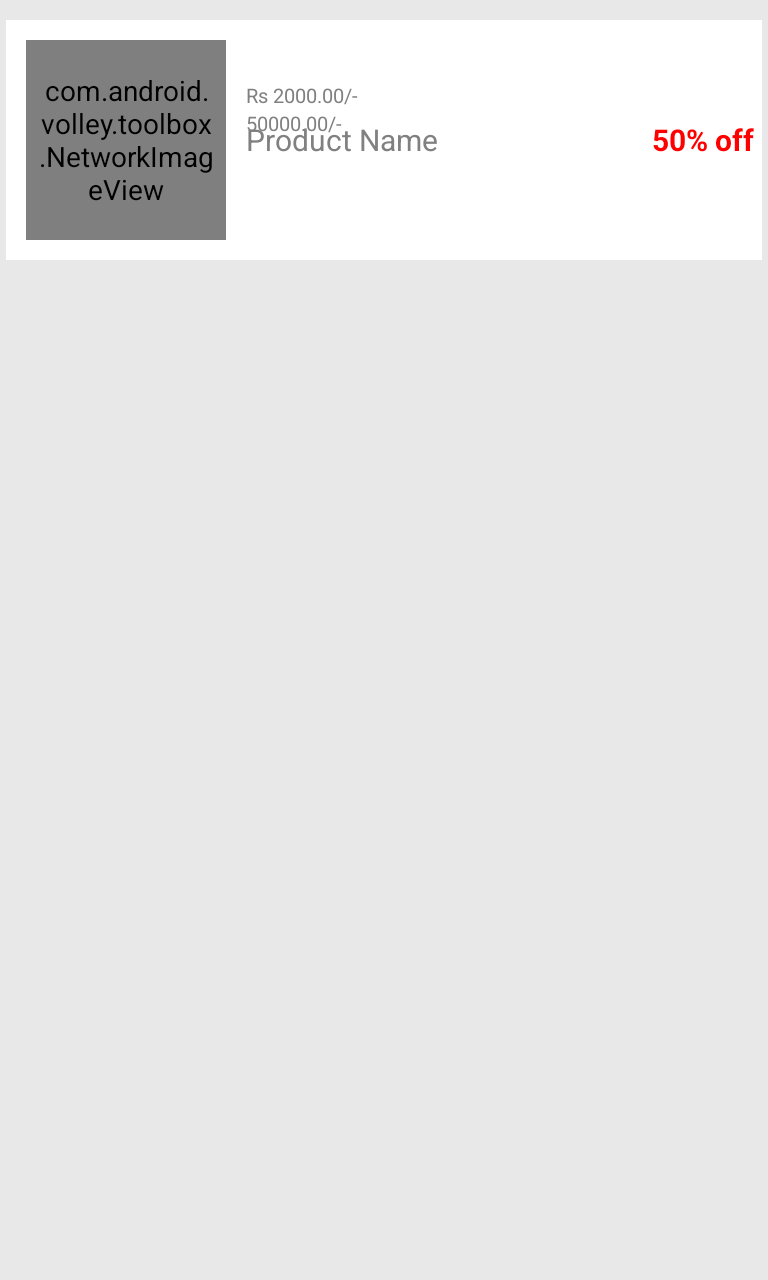
Repository: thisisdemo333/BigDiscount
Layout: BigDiscounts/res/layout/view_lv_search_list.xml
The author's editor kept a copy of each file at every save. The layout is drawn from the files as they stood at one save, then again after the next save.
Pictures or frames that could not be fetched are drawn as grey boxes. It is drawn on a 768 x 1280 px phone screen (xhdpi) without system bars, with theme AppTheme; the app's code is not run.

Above is the layout before, as saved 2015-05-10 16:19:42.

### BigDiscounts/res/layout/view_lv_search_list.xml
<?xml version="1.0" encoding="utf-8"?>
<LinearLayout xmlns:android="http://schemas.android.com/apk/res/android"
    android:layout_width="match_parent"
    android:layout_height="wrap_content"
    android:background="@color/gray_light"
    android:orientation="vertical" >

    <RelativeLayout
        android:id="@+id/relativeLayout"
        android:layout_width="match_parent"
        android:layout_height="wrap_content"
        android:layout_marginBottom="@dimen/margin_3dp"
        android:layout_marginLeft="@dimen/margin_3dp"
        android:layout_marginRight="@dimen/margin_3dp"
        android:layout_marginTop="@dimen/margin_10dp"
        android:background="@color/white" >

        <RelativeLayout
            android:id="@+id/image_loader"
            android:layout_width="wrap_content"
            android:layout_height="wrap_content" >

            <ProgressBar
                android:layout_width="wrap_content"
                android:layout_height="wrap_content"
                android:layout_centerInParent="true" />

            <com.android.volley.toolbox.NetworkImageView
                android:id="@+id/iv_product_image"
                android:layout_width="@dimen/dimen_search_item_image"
                android:layout_height="@dimen/dimen_search_item_image"
                android:layout_margin="@dimen/margin_10dp"
                android:layout_marginLeft="@dimen/margin_10dp"
                android:focusable="false"
                android:focusableInTouchMode="false"
                android:padding="@dimen/margin_5dp"
                android:scaleType="fitXY" />
        </RelativeLayout>

        <TextView
            android:id="@+id/tv_product_name"
            android:layout_width="wrap_content"
            android:layout_height="wrap_content"
            android:layout_centerVertical="true"
            android:layout_marginTop="@dimen/margin_10dp"
            android:layout_toRightOf="@+id/image_loader"
            android:text="Product Name"
            android:textColor="@color/gray"
            android:textSize="@dimen/medium_text_size" />

        <TextView
            android:id="@+id/tv_product_selling_prise"
            android:layout_width="wrap_content"
            android:layout_height="wrap_content"
            android:layout_below="@+id/tv_product_name"
            android:layout_toRightOf="@+id/image_loader"
            android:text="Rs 2000.00/-"
            android:textColor="@color/gray"
            android:textSize="@dimen/small_text_size" />

        <TextView
            android:id="@+id/tv_product_mrp"
            android:layout_width="wrap_content"
            android:layout_height="wrap_content"
            android:layout_below="@+id/tv_product_selling_prise"
            android:layout_toRightOf="@+id/image_loader"
            android:text="50000.00/-"
            android:textColor="@color/gray"
            android:textSize="@dimen/small_text_size" />

        <TextView
            android:id="@+id/tv_product_offer"
            android:layout_width="wrap_content"
            android:layout_height="wrap_content"
            android:layout_alignParentRight="true"
            android:layout_below="@+id/tv_product_name"
            android:layout_marginRight="@dimen/margin_2dp"
            android:layout_centerVertical="true"
            android:padding="@dimen/padding_2dp"
            android:text="50% off"
            android:textColor="@color/red"
            android:textSize="@dimen/medium_text_size"
            android:textStyle="bold" />
    </RelativeLayout>

</LinearLayout>

### BigDiscounts/res/values/styles.xml
<resources xmlns:android="http://schemas.android.com/apk/res/android">

    <!--
        Base application theme, dependent on API level. This theme is replaced
        by AppBaseTheme from res/values-vXX/styles.xml on newer devices.


    -->
    <style name="AppBaseTheme" parent="android:Theme.Light">
        <!--
            Theme customizations available in newer API levels can go in
            res/values-vXX/styles.xml, while customizations related to
            backward-compatibility can go here.


        -->
    </style>

    <!-- Application theme. -->
    <style name="AppTheme" parent="AppBaseTheme">

        <!-- All customizations that are NOT specific to a particular API-level can go here. -->
        <item name="android:actionBarStyle">@style/MyActionBar</item>
    </style>

    <!-- Action bar theme. -->
    <style name="MyActionBar" parent="@android:style/Widget.Holo.Light.ActionBar">
        <item name="android:background">@color/RoyalBlue</item>
        <item name="android:titleTextStyle">@style/AppTitle</item>
    </style>

    <!-- App title theme -->
    <style name="AppTitle" parent="@android:style/TextAppearance.Holo.Widget.ActionBar.Title">
        <item name="android:textColor">@color/white</item>
    </style>

</resources>

### BigDiscounts/res/values/colors.xml
<?xml version="1.0" encoding="utf-8"?>
<resources>

    <color name="background">#135493</color>
    <color name="login_color">#d34836</color>
    <color name="actionBar">#2F8DE4</color>
    <color name="white_smoke">#F7F7F7</color>
    <color name="white">#ffffff</color>
    <color name="black">#000000</color>
    <color name="transparent">#00000000</color>
    <color name="main_color_green">#00b863</color>
    <color name="main_color_gray_dk">#3b3b3b</color>
    <color name="main_color_gray_lt">#acacac</color>
    <color name="main_color_gray">#7d7d7d</color>
    <color name="gray_light">#e8e8e8</color>
    <color name="yellow">#FFFF00</color>
    <color name="fuchsia">#FF00FF</color>
    <color name="red">#FF0000</color>
    <color name="silver">#C0C0C0</color>
    <color name="gray">#808080</color>
    <color name="olive">#808000</color>
    <color name="purple">#800080</color>
    <color name="maroon">#800000</color>
    <color name="aqua">#00FFFF</color>
    <color name="lime">#00FF00</color>
    <color name="teal">#008080</color>
    <color name="green">#008000</color>
    <color name="blue">#0000FF</color>
    <color name="navy">#000080</color>
    <color name="White">#FFFFFF</color>
    <color name="Ivory">#FFFFF0</color>
    <color name="LightYellow">#FFFFE0</color>
    <color name="Yellow">#FFFF00</color>
    <color name="Snow">#FFFAFA</color>
    <color name="FloralWhite">#FFFAF0</color>
    <color name="LemonChiffon">#FFFACD</color>
    <color name="Cornsilk">#FFF8DC</color>
    <color name="Seashell">#FFF5EE</color>
    <color name="LavenderBlush">#FFF0F5</color>
    <color name="PapayaWhip">#FFEFD5</color>
    <color name="BlanchedAlmond">#FFEBCD</color>
    <color name="MistyRose">#FFE4E1</color>
    <color name="Bisque">#FFE4C4</color>
    <color name="Moccasin">#FFE4B5</color>
    <color name="NavajoWhite">#FFDEAD</color>
    <color name="PeachPuff">#FFDAB9</color>
    <color name="Gold">#FFD700</color>
    <color name="Pink">#FFC0CB</color>
    <color name="LightPink">#FFB6C1</color>
    <color name="Orange">#FFA500</color>
    <color name="LightSalmon">#FFA07A</color>
    <color name="DarkOrange">#FF8C00</color>
    <color name="Coral">#FF7F50</color>
    <color name="HotPink">#FF69B4</color>
    <color name="Tomato">#FF6347</color>
    <color name="OrangeRed">#FF4500</color>
    <color name="DeepPink">#FF1493</color>
    <color name="Fuchsia">#FF00FF</color>
    <color name="Magenta">#FF00FF</color>
    <color name="Red">#FF0000</color>
    <color name="OldLace">#FDF5E6</color>
    <color name="LightGoldenrodYellow">#FAFAD2</color>
    <color name="Linen">#FAF0E6</color>
    <color name="AntiqueWhite">#FAEBD7</color>
    <color name="Salmon">#FA8072</color>
    <color name="GhostWhite">#F8F8FF</color>
    <color name="MintCream">#F5FFFA</color>
    <color name="WhiteSmoke">#F5F5F5</color>
    <color name="Beige">#F5F5DC</color>
    <color name="Wheat">#F5DEB3</color>
    <color name="SandyBrown">#F4A460</color>
    <color name="Azure">#F0FFFF</color>
    <color name="Honeydew">#F0FFF0</color>
    <color name="AliceBlue">#F0F8FF</color>
    <color name="Khaki">#F0E68C</color>
    <color name="LightCoral">#F08080</color>
    <color name="PaleGoldenrod">#EEE8AA</color>
    <color name="Violet">#EE82EE</color>
    <color name="DarkSalmon">#E9967A</color>
    <color name="Lavender">#E6E6FA</color>
    <color name="LightCyan">#E0FFFF</color>
    <color name="BurlyWood">#DEB887</color>
    <color name="Plum">#DDA0DD</color>
    <color name="Gainsboro">#DCDCDC</color>
    <color name="Crimson">#DC143C</color>
    <color name="PaleVioletRed">#DB7093</color>
    <color name="Goldenrod">#DAA520</color>
    <color name="Orchid">#DA70D6</color>
    <color name="Thistle">#D8BFD8</color>
    <color name="LightGrey">#D3D3D3</color>
    <color name="Tan">#D2B48C</color>
    <color name="Chocolate">#D2691E</color>
    <color name="Peru">#CD853F</color>
    <color name="IndianRed">#CD5C5C</color>
    <color name="MediumVioletRed">#C71585</color>
    <color name="Silver">#C0C0C0</color>
    <color name="DarkKhaki">#BDB76B</color>
    <color name="RosyBrown">#BC8F8F</color>
    <color name="MediumOrchid">#BA55D3</color>
    <color name="DarkGoldenrod">#B8860B</color>
    <color name="FireBrick">#B22222</color>
    <color name="PowderBlue">#B0E0E6</color>
    <color name="LightSteelBlue">#B0C4DE</color>
    <color name="PaleTurquoise">#AFEEEE</color>
    <color name="GreenYellow">#ADFF2F</color>
    <color name="LightBlue">#ADD8E6</color>
    <color name="DarkGray">#A9A9A9</color>
    <color name="Brown">#A52A2A</color>
    <color name="Sienna">#A0522D</color>
    <color name="YellowGreen">#9ACD32</color>
    <color name="DarkOrchid">#9932CC</color>
    <color name="PaleGreen">#98FB98</color>
    <color name="DarkViolet">#9400D3</color>
    <color name="MediumPurple">#9370DB</color>
    <color name="LightGreen">#90EE90</color>
    <color name="DarkSeaGreen">#8FBC8F</color>
    <color name="SaddleBrown">#8B4513</color>
    <color name="DarkMagenta">#8B008B</color>
    <color name="DarkRed">#8B0000</color>
    <color name="BlueViolet">#8A2BE2</color>
    <color name="LightSkyBlue">#87CEFA</color>
    <color name="SkyBlue">#87CEEB</color>
    <color name="Gray">#808080</color>
    <color name="Olive">#808000</color>
    <color name="Purple">#800080</color>
    <color name="Maroon">#800000</color>
    <color name="Aquamarine">#7FFFD4</color>
    <color name="Chartreuse">#7FFF00</color>
    <color name="LawnGreen">#7CFC00</color>
    <color name="MediumSlateBlue">#7B68EE</color>
    <color name="LightSlateGray">#778899</color>
    <color name="SlateGray">#708090</color>
    <color name="OliveDrab">#6B8E23</color>
    <color name="SlateBlue">#6A5ACD</color>
    <color name="DimGray">#696969</color>
    <color name="MediumAquamarine">#66CDAA</color>
    <color name="CornflowerBlue">#6495ED</color>
    <color name="CadetBlue">#5F9EA0</color>
    <color name="DarkOliveGreen">#556B2F</color>
    <color name="Indigo">#4B0082</color>
    <color name="MediumTurquoise">#48D1CC</color>
    <color name="DarkSlateBlue">#483D8B</color>
    <color name="SteelBlue">#4682B4</color>
    <color name="RoyalBlue">#4169E1</color>
    <color name="Turquoise">#40E0D0</color>
    <color name="MediumSeaGreen">#3CB371</color>
    <color name="LimeGreen">#32CD32</color>
    <color name="DarkSlateGray">#2F4F4F</color>
    <color name="SeaGreen">#2E8B57</color>
    <color name="ForestGreen">#228B22</color>
    <color name="LightSeaGreen">#20B2AA</color>
    <color name="DodgerBlue">#1E90FF</color>
    <color name="MidnightBlue">#191970</color>
    <color name="Aqua">#00FFFF</color>
    <color name="Cyan">#00FFFF</color>
    <color name="SpringGreen">#00FF7F</color>
    <color name="Lime">#00FF00</color>
    <color name="MediumSpringGreen">#00FA9A</color>
    <color name="DarkTurquoise">#00CED1</color>
    <color name="DeepSkyBlue">#00BFFF</color>
    <color name="DarkCyan">#008B8B</color>
    <color name="Teal">#008080</color>
    <color name="Green">#008000</color>
    <color name="DarkGreen">#006400</color>
    <color name="Blue">#0000FF</color>
    <color name="MediumBlue">#0000CD</color>
    <color name="DarkBlue">#00008B</color>
    <color name="Navy">#000080</color>
    <color name="Black">#000000</color>
    <color name="carrier_launcher_theme">#AE0000</color>
    <color name="career_header">#AE0000</color>
    <color name="career_background">#373737</color>
    <color name="cancel">#8A8D8B</color>
    <color name="listview_1">#70000000</color>
    <color name="theme">#C91870</color>
    <color name="application_bg">#E9E9E9</color>
    <color name="blue_light">#4074b3</color>
    <color name="gray_dark">#4b4b4b</color>
    <color name="gray_faint">#F7F7F7</color>
    <color name="blue_sky">#01AADE</color>
    <color name="blue_royal">#526DAE</color>
    <color name="Transperent_60black">#99000000</color>

</resources>

### BigDiscounts/res/values-hdpi/dimens.xml
<?xml version="1.0" encoding="utf-8"?>
<resources>

    <!-- Text Size -->
    <dimen name="very_small_text_size">8sp</dimen>
    <dimen name="sub_small_text_size">9sp</dimen>
    <dimen name="small_text_size">10sp</dimen>
    <dimen name="medium_text_size">15sp</dimen>
    <dimen name="large_text_size">25sp</dimen>
    <dimen name="very_large_text_size">35sp</dimen>

    <!-- padding -->
    <dimen name="padding_1dp">1dp</dimen>
    <dimen name="padding_2dp">2dp</dimen>
    <dimen name="padding_3dp">3dp</dimen>
    <dimen name="padding_4dp">4dp</dimen>
    <dimen name="padding_5dp">5dp</dimen>
    <dimen name="padding_6dp">6dp</dimen>
    <dimen name="padding_7dp">7dp</dimen>
    <dimen name="padding_8dp">8dp</dimen>
    <dimen name="padding_9dp">9dp</dimen>
    <dimen name="padding_10dp">10dp</dimen>
    <dimen name="padding_15dp">15dp</dimen>
    <dimen name="padding_20dp">20dp</dimen>
    <dimen name="padding_25dp">25dp</dimen>
    <dimen name="padding_30dp">30dp</dimen>
    <dimen name="padding_40dp">40dp</dimen>

    <!-- Margin -->
    <dimen name="margin_1dp">1dp</dimen>
    <dimen name="margin_2dp">2dp</dimen>
    <dimen name="margin_3dp">3dp</dimen>
    <dimen name="margin_4dp">4dp</dimen>
    <dimen name="margin_5dp">5dp</dimen>
    <dimen name="margin_6dp">6dp</dimen>
    <dimen name="margin_7dp">7dp</dimen>
    <dimen name="margin_8dp">8dp</dimen>
    <dimen name="margin_9dp">9dp</dimen>
    <dimen name="margin_10dp">10dp</dimen>
    <dimen name="margin_15dp">15dp</dimen>
    <dimen name="margin_20dp">20dp</dimen>
    <dimen name="margin_25dp">25dp</dimen>
    <dimen name="margin_30dp">30dp</dimen>

    <!-- Imageview Category Dimen -->
    <dimen name="imv_category_dimen">40dp</dimen>

    <!-- Category Fragment dimen -->
    <dimen name="dimen_hotdeals_listview">165dp</dimen>
    <dimen name="dimen_view_pager">165dp</dimen>
    <dimen name="dimen_hot_deals_image">165dp</dimen>
    <dimen name="dimen_product_image">165dp</dimen>

    <!-- Search Item Image dimen -->
    <dimen name="dimen_search_item_image">100dp</dimen>

    <!-- Advertise Screen Dimen -->
    <dimen name="dimen_advetise_viewpager">200dp</dimen>
    <dimen name="dimen_advertise_horizontal_listview">100dp</dimen>
    <dimen name="dimen_advertise_call_image">40dp</dimen>
    <dimen name="dimen_advertise_sms_image">40dp</dimen>
    <dimen name="dimen_advertise_pager_addres">100dp</dimen>

</resources>

### BigDiscounts/res/values-mdpi/dimens.xml
<?xml version="1.0" encoding="utf-8"?>
<resources>

    <!-- Text Size -->
    <dimen name="very_small_text_size">8sp</dimen>
    <dimen name="sub_small_text_size">9sp</dimen>
    <dimen name="small_text_size">10sp</dimen>
    <dimen name="medium_text_size">15sp</dimen>
    <dimen name="large_text_size">25sp</dimen>
    <dimen name="very_large_text_size">35sp</dimen>

    <!-- padding -->
    <dimen name="padding_1dp">1dp</dimen>
    <dimen name="padding_2dp">2dp</dimen>
    <dimen name="padding_3dp">3dp</dimen>
    <dimen name="padding_4dp">4dp</dimen>
    <dimen name="padding_5dp">5dp</dimen>
    <dimen name="padding_6dp">6dp</dimen>
    <dimen name="padding_7dp">7dp</dimen>
    <dimen name="padding_8dp">8dp</dimen>
    <dimen name="padding_9dp">9dp</dimen>
    <dimen name="padding_10dp">10dp</dimen>
    <dimen name="padding_15dp">15dp</dimen>
    <dimen name="padding_20dp">20dp</dimen>
    <dimen name="padding_25dp">25dp</dimen>
    <dimen name="padding_30dp">30dp</dimen>
    <dimen name="padding_40dp">40dp</dimen>

    <!-- Margin -->
    <dimen name="margin_1dp">1dp</dimen>
    <dimen name="margin_2dp">2dp</dimen>
    <dimen name="margin_3dp">3dp</dimen>
    <dimen name="margin_4dp">4dp</dimen>
    <dimen name="margin_5dp">5dp</dimen>
    <dimen name="margin_6dp">6dp</dimen>
    <dimen name="margin_7dp">7dp</dimen>
    <dimen name="margin_8dp">8dp</dimen>
    <dimen name="margin_9dp">9dp</dimen>
    <dimen name="margin_10dp">10dp</dimen>
    <dimen name="margin_15dp">15dp</dimen>
    <dimen name="margin_20dp">20dp</dimen>
    <dimen name="margin_25dp">25dp</dimen>
    <dimen name="margin_30dp">30dp</dimen>

    <!-- Imageview Category Dimen -->
    <dimen name="imv_category_dimen">35dp</dimen>

    <!-- Category Fragment dimen -->
    <dimen name="dimen_hotdeals_listview">150dp</dimen>
    <dimen name="dimen_view_pager">150dp</dimen>
    <dimen name="dimen_hot_deals_image">150dp</dimen>
    <dimen name="dimen_product_image">150dp</dimen>

    <!-- Search Item Image dimen -->
    <dimen name="dimen_search_item_image">100dp</dimen>

    <!-- Advertise Screen Dimen -->
    <dimen name="dimen_advetise_viewpager">200dp</dimen>
    <dimen name="dimen_advertise_horizontal_listview">100dp</dimen>
    <dimen name="dimen_advertise_call_image">40dp</dimen>
    <dimen name="dimen_advertise_sms_image">40dp</dimen>
    <dimen name="dimen_advertise_pager_addres">100dp</dimen>

</resources>

### BigDiscounts/res/values-xhdpi/dimens.xml
<?xml version="1.0" encoding="utf-8"?>
<resources>

    <!-- Text Size -->
    <dimen name="very_small_text_size">8sp</dimen>
    <dimen name="sub_small_text_size">9sp</dimen>
    <dimen name="small_text_size">10sp</dimen>
    <dimen name="medium_text_size">15sp</dimen>
    <dimen name="large_text_size">25sp</dimen>
    <dimen name="very_large_text_size">35sp</dimen>

    <!-- padding -->
    <dimen name="padding_1dp">1dp</dimen>
    <dimen name="padding_2dp">2dp</dimen>
    <dimen name="padding_3dp">3dp</dimen>
    <dimen name="padding_4dp">4dp</dimen>
    <dimen name="padding_5dp">5dp</dimen>
    <dimen name="padding_6dp">6dp</dimen>
    <dimen name="padding_7dp">7dp</dimen>
    <dimen name="padding_8dp">8dp</dimen>
    <dimen name="padding_9dp">9dp</dimen>
    <dimen name="padding_10dp">10dp</dimen>
    <dimen name="padding_15dp">15dp</dimen>
    <dimen name="padding_20dp">20dp</dimen>
    <dimen name="padding_25dp">25dp</dimen>
    <dimen name="padding_30dp">30dp</dimen>
    <dimen name="padding_40dp">40dp</dimen>

    <!-- Margin -->
    <dimen name="margin_1dp">1dp</dimen>
    <dimen name="margin_2dp">2dp</dimen>
    <dimen name="margin_3dp">3dp</dimen>
    <dimen name="margin_4dp">4dp</dimen>
    <dimen name="margin_5dp">5dp</dimen>
    <dimen name="margin_6dp">6dp</dimen>
    <dimen name="margin_7dp">7dp</dimen>
    <dimen name="margin_8dp">8dp</dimen>
    <dimen name="margin_9dp">9dp</dimen>
    <dimen name="margin_10dp">10dp</dimen>
    <dimen name="margin_15dp">15dp</dimen>
    <dimen name="margin_20dp">20dp</dimen>
    <dimen name="margin_25dp">25dp</dimen>
    <dimen name="margin_30dp">30dp</dimen>

    <!-- Imageview Category Dimen -->
    <dimen name="imv_category_dimen">45dp</dimen>

    <!-- Category Fragment dimen -->
    <dimen name="dimen_hotdeals_listview">165dp</dimen>
    <dimen name="dimen_view_pager">165dp</dimen>
    <dimen name="dimen_hot_deals_image">165dp</dimen>
    <dimen name="dimen_product_image">165dp</dimen>


    <!-- Search Item Image dimen -->
    <dimen name="dimen_search_item_image">100dp</dimen>

    <!-- Advertise Screen Dimen -->
    <dimen name="dimen_advetise_viewpager">200dp</dimen>
    <dimen name="dimen_advertise_horizontal_listview">100dp</dimen>
    <dimen name="dimen_advertise_call_image">40dp</dimen>
    <dimen name="dimen_advertise_sms_image">40dp</dimen>
    <dimen name="dimen_advertise_pager_addres">100dp</dimen>

</resources>

Loaded but not shown: BigDiscounts/res/values-v11/styles.xml (common file); BigDiscounts/res/values-v14/styles.xml (common file)

After the next save:
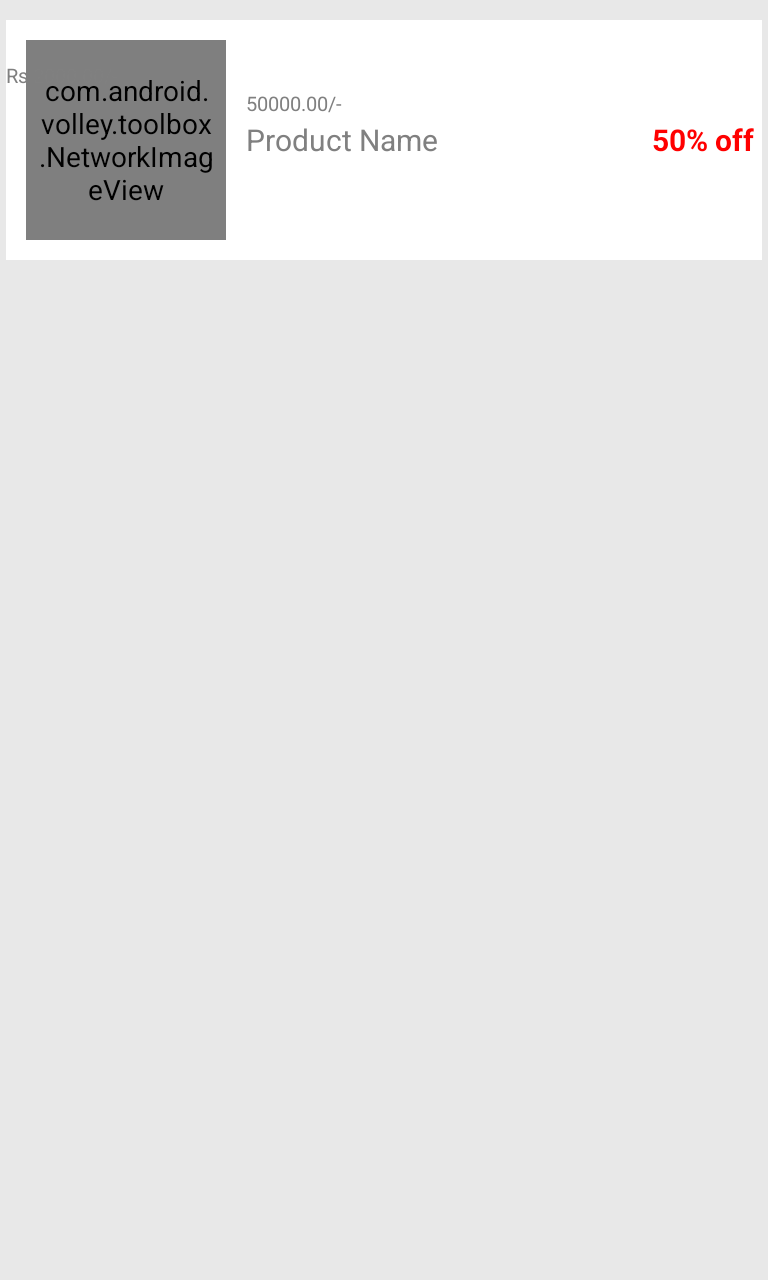
Saved 51 s later.
--- a/BigDiscounts/res/layout/view_lv_search_list.xml
+++ b/BigDiscounts/res/layout/view_lv_search_list.xml
@@ -42,7 +42,6 @@
             android:layout_width="wrap_content"
             android:layout_height="wrap_content"
             android:layout_centerVertical="true"
-            android:layout_marginTop="@dimen/margin_10dp"
             android:layout_toRightOf="@+id/image_loader"
             android:text="Product Name"
             android:textColor="@color/gray"
@@ -53,7 +52,7 @@
             android:layout_width="wrap_content"
             android:layout_height="wrap_content"
             android:layout_below="@+id/tv_product_name"
-            android:layout_toRightOf="@+id/image_loader"
+
             android:text="Rs 2000.00/-"
             android:textColor="@color/gray"
             android:textSize="@dimen/small_text_size" />
@@ -74,8 +73,8 @@
             android:layout_height="wrap_content"
             android:layout_alignParentRight="true"
             android:layout_below="@+id/tv_product_name"
+            android:layout_centerVertical="true"
             android:layout_marginRight="@dimen/margin_2dp"
-            android:layout_centerVertical="true"
             android:padding="@dimen/padding_2dp"
             android:text="50% off"
             android:textColor="@color/red"
